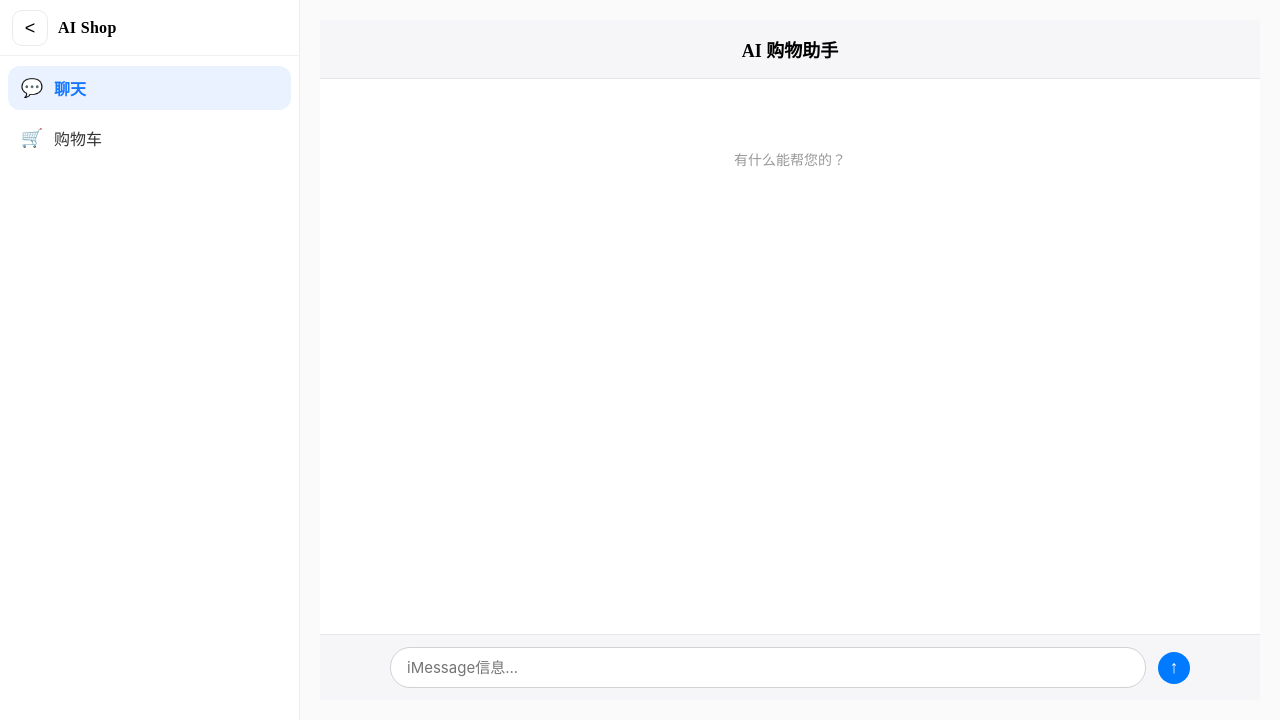
Repository: sjdndndks/ai-shop-webDemo
Page: / (app in ai-shop-assistant/)
The author's editor kept a copy of each file at every save. The page is drawn from the files as they stood at one save, then again after the next save.
The browser window is 1280 px wide. The pictures show the whole page.
The page's requests for data from a server got no answer. The project was rebuilt for these pictures with package versions that can differ from the ones it lists, and the page was loaded fresh each time. No one was signed in, and anything a server would have sent is missing. Also part of the build but not shown: ai-shop-assistant/vite.config.ts, ai-shop-assistant/src/store/cartStore.ts, ai-shop-assistant/src/components/ProductCard.tsx, ai-shop-assistant/src/pages/CartPage.module.css, ai-shop-assistant/src/pages/CartPage.tsx.

Above is the page before, as saved 2026-03-20 17:10:38.

### ai-shop-assistant/index.html
<!doctype html>
<html lang="en">
  <head>
    <meta charset="UTF-8" />
    <link rel="icon" type="image/svg+xml" href="/favicon.svg" />
    <meta name="viewport" content="width=device-width, initial-scale=1.0" />
    <title>ai-shop-assistant</title>
  </head>
  <body>
    <div id="root"></div>
    <script type="module" src="/src/main.tsx"></script>
  </body>
</html>

### ai-shop-assistant/src/App.tsx
import { BrowserRouter, Routes, Route } from "react-router-dom";
import Layout from "./layout/Layout";
import { ChatPage } from "./pages/ChatPage";
import { CartPage } from "./pages/CartPage";

function App() {
  return (
    <BrowserRouter>
      <Routes>
        <Route element={<Layout />}>
          <Route path="/" element={<ChatPage />} />
          <Route path="/cart" element={<CartPage />} />
        </Route>
      </Routes>
    </BrowserRouter>
  );
}

export default App;

### ai-shop-assistant/src/layout/Layout.tsx
import { Outlet } from "react-router-dom";
import styles from "./Layout.module.css";
import { useState } from "react";
import Sidebar from "../components/Sidebar";

export default function Layout() {
  const [collapsed, setCollapsed] = useState(false);
  return (
    <div className={styles.appShell}>
      <Sidebar
        collapsed={collapsed}
        onToggle={() => {
          setCollapsed((v) => !v);
        }}
      />
      <main className={styles.main}>
        <Outlet />
      </main>
    </div>
  );
}

### ai-shop-assistant/src/pages/ChatPage.tsx
import { useRef, useEffect } from "react";
import { ProductCard } from "../components/ProductCard";
import { useChat } from "../hooks/useChat";

export function ChatPage() {
  const { messages, input, setInput, status, errorMessage, sendMessage } =
    useChat();

  const messagesEndRef = useRef<HTMLDivElement>(null);
  const scrollToBottom = () => {
    messagesEndRef.current?.scrollIntoView({ behavior: "smooth" });
  };
  useEffect(() => {
    scrollToBottom();
  }, [messages, status]);

  return (
    <>
      {/* 最外层 霸占整个浏览器 */}
      <div
        style={{
          height: "100%",
          width: "100%",
          display: "flex",
          flexDirection: "column",
          margin: "0 auto",
          backgroundColor: "white",
        }}
      >
        {/* 顶部标题区 */}
        <div
          style={{
            padding: "16px",
            textAlign: "center",
            borderBottom: "1px solid #e5e5ea",
            fontWeight: "bold",
            fontSize: "18px",
            backgroundColor: "#f6f6f8",
          }}
        >
          AI 购物助手
        </div>
        {/* <ProductCarf product={fakeApple} /> */}

        {/* 聊天记录区 */}
        <div
          style={{
            flex: 1,
            overflowY: "auto",
            padding: "20px 0",
            backgroundColor: "#ffffff",
          }}
        >
          {/* 消息列表,内层约束容器 */}
          <div
            style={{
              maxWidth: "800px",
              margin: "0 auto",
              display: "flex",
              flexDirection: "column",
              gap: "16px",
              padding: "10px",
              flex: 1,
              overflowY: "auto",
            }}
          >
            {messages.map((meg) => (
              <div
                key={meg.id}
                style={{
                  display: "flex",
                  flexDirection: "column",
                  alignItems: meg.isUser ? "flex-end" : "flex-start",
                }}
              >
                {/* 气泡 */}
                <div
                  style={{
                    maxWidth: "75%",
                    padding: "10px 16px",
                    fontSize: "16px",
                    lineHeight: "1.4",
                    //苹果字体
                    fontFamily:
                      '-apple-system, BlinkMacSystemFont, "Segoe UI", Roboto, san-serif',
                    fontWeight: "400",
                    //苹果配色
                    backgroundColor: meg.isUser ? "#007aff" : "#e9e9eb",
                    color: meg.isUser ? "white" : "black",
                    // 气泡形状
                    borderRadius: meg.isUser
                      ? "18px 18px 4px 18px"
                      : "18px 18px 18px 4px",
                  }}
                >
                  {meg.text}
                </div>
                {/* 商品卡片 */}
                {meg.product && (
                  <div style={{ marginTop: "10px" }}>
                    <ProductCard product={meg.product} />
                  </div>
                )}
              </div>
            ))}

            {/* 状态提示 */}
            {status === "loading" && <div>正在思考...</div>}
            {status === "error" && (
              <div style={{ color: "red" }}>请求失败:{errorMessage}</div>
            )}
            {status === "idle" && messages.length === 0 && (
              <div
                style={{
                  fontSize: "14px",
                  textAlign: "center",
                  color: "#999",
                  marginTop: "40px",
                }}
              >
                有什么能帮您的？
              </div>
            )}

            {/* 隐形追踪器 */}
            <div ref={messagesEndRef} />
          </div>
        </div>

        {/* 底部输入区域 */}
        <div
          style={{
            display: "flex",
            gap: "12px",
            padding: "12px 16px",
            backgroundColor: "#f6f6f8",
            borderTop: "1px solid #e5e5ea",
            alignItems: "center",
            justifyContent: "center",
            flexShrink: 0,
          }}
        >
          {/* 底部长条框 */}
          <div
            style={{
              display: "flex",
              gap: "12px",
              alignItems: "center",
              width: "100%",
              maxWidth: "800px",
            }}
          >
            <input
              value={input}
              onChange={(e) => setInput(e.target.value)}
              placeholder="iMessage信息..."
              onKeyDown={(e) => {
                if (e.key === "Enter" && status != "loading") {
                  sendMessage();
                }
              }}
              style={{
                flex: 1,
                padding: "10px 16px",
                fontSize: "15px",
                borderRadius: "20px",
                border: "1px solid #d1d1d6",
                outline: "none",
                fontFamily: "-apple-system, BlinkMacSystemFont, sans-serif",
              }}
            />
            <button
              onClick={sendMessage}
              disabled={status === "loading"}
              style={{
                backgroundColor: status === "loading" ? "#A0CFFF" : "#007aff",
                color: "white",
                border: "none",
                borderRadius: "50%",
                width: "32px",
                height: "32px",
                display: "flex",
                justifyContent: "center",
                alignItems: "center",
                cursor: status === "loading" ? "not-allowed" : "pointer",
                fontWeight: "bold",
                fontSize: "18px",
                flexShrink: 0,
              }}
            >
              ↑
            </button>
          </div>
        </div>
      </div>
    </>
  );
}

### ai-shop-assistant/src/layout/Layout.module.css
/* Layout.module.css */

.appShell {
    display: flex;
    height: 100vh;
    overflow: hidden;
    background: #fafafa;
}

.main {
    padding: 20px;
    flex: 1;
    overflow: hidden;
    min-width: 0;
    height: 100vh;
    display: flex;
    flex-direction: column;
}

### ai-shop-assistant/src/components/Sidebar.tsx
import { NavLink } from "react-router-dom";
import styles from "./Sidebar.module.css";

type Props = {
  collapsed: boolean;
  onToggle: () => void;
};

export default function Sidebar({ collapsed, onToggle }: Props) {
  return (
    <aside className={`${styles.sidebar} ${collapsed ? styles.collapsed : ""}`}>
      <div className={styles.top}>
        <button
          className={styles.toggleBtn}
          onClick={onToggle}
          aria-label="切换侧边栏"
        >
          {collapsed ? "☰" : "<"}
        </button>

        {!collapsed && <div className={styles.brand}>AI Shop</div>}
      </div>

      <nav className={styles.nav}>
        <NavLink
          to="/"
          className={({ isActive }) =>
            isActive ? `${styles.link} ${styles.active}` : styles.link
          }
          title="聊天"
        >
          <span className={styles.icon}>💬</span>
          {!collapsed && <span className={styles.text}>聊天</span>}
        </NavLink>

        <NavLink
          to="/cart"
          className={({ isActive }) =>
            isActive ? `${styles.link} ${styles.active}` : styles.link
          }
          title="购物车"
        >
          <span className={styles.icon}>🛒</span>
          {!collapsed && <span className={styles.text}>购物车</span>}
        </NavLink>
      </nav>
    </aside>
  );
}

### ai-shop-assistant/src/hooks/useChat.ts
import { useChatStore } from "../store/chatStore"

//自定义hook必须以use开头
export function useChat (){
    return useChatStore()
}

### ai-shop-assistant/src/components/Sidebar.module.css
/* Sidebar.module.css */

.sidebar {
    width: 300px;
    height: 100vh;
    background: #ffffff;
    border-right: 1px solid #eee;
    display: flex;
    flex-direction: column;
    transition: width 0.2s ease;
    flex-shrink: 0;
    overflow-y: auto;
}

.collapsed {
    width: 64px;
}

.top {
    height: 56px;
    display: flex;
    align-items: center;
    gap: 10px;
    padding: 0 12px;
    border-bottom: 1px solid #f2f2f2;
}

.toggleBtn {
    width: 36px;
    height: 36px;
    border: 1px solid #eaeaea;
    background: #fff;
    border-radius: 10px;
    cursor: pointer;
    font-size: 18px;
    line-height: 1;
}

.brand {
    font-weight: 800;
    letter-spacing: 0.3px;
}

.nav {
    padding: 10px 8px;
    display: flex;
    flex-direction: column;
    gap: 6px;
}

.link {
    height: 44px;
    display: flex;
    align-items: center;
    gap: 10px;
    padding: 0 12px;
    border-radius: 12px;
    text-decoration: none;
    color: #333;
}

.link:hover {
    background: #f7f7f7;
}

.active {
    background: #eaf2ff;
    color: #1677ff;
    font-weight: 700;
}

.icon {
    width: 24px;
    display: inline-flex;
    justify-content: center;
    font-size: 18px;
}

.text {
    white-space: nowrap;
}

### ai-shop-assistant/src/store/chatStore.ts
import { create } from "zustand";
import { persist } from "zustand/middleware";
import type { Message, Product } from "../types";
import { useSettingsStore } from "./settingsStore";

const API_BASE_URL = import.meta.env.VITE_API_BASE_URL ?? "http://localhost:3000";

interface ProductReply {
  type: "product" | "product_list" | "products";
  data: Product | Product[];
  reply?: string;
}

function toApiMessages(messages: Message[]) {
  return messages.map((message) => ({
    role: message.isUser ? "user" : "assistant",
    content: message.rawText ?? message.text,
  }));
}

function isValidProduct(value: unknown): value is Product {
  if (!value || typeof value !== "object") {
    return false;
  }

  const product = value as Record<string, unknown>;
  return (
    typeof product.id === "string" &&
    typeof product.name === "string" &&
    typeof product.price === "number" &&
    Number.isFinite(product.price) &&
    typeof product.imageUrl === "string"
  );
}

function normalizeProducts(data: ProductReply["data"]) {
  if (Array.isArray(data)) {
    const products = data.filter(isValidProduct);
    return products.length > 0 ? products : undefined;
  }

  return isValidProduct(data) ? [data] : undefined;
}

function getJsonCandidates(text: string) {
  const trimmed = text.trim();
  const candidates = [trimmed];

  const fencedMatch = trimmed.match(/^```(?:json)?\s*([\s\S]*?)\s*```$/i);
  if (fencedMatch?.[1]) {
    candidates.push(fencedMatch[1].trim());
  }

  const firstBraceIndex = trimmed.indexOf("{");
  const lastBraceIndex = trimmed.lastIndexOf("}");
  if (
    firstBraceIndex !== -1 &&
    lastBraceIndex !== -1 &&
    lastBraceIndex > firstBraceIndex
  ) {
    candidates.push(trimmed.slice(firstBraceIndex, lastBraceIndex + 1).trim());
  }

  return [...new Set(candidates)];
}

function parseProductReply(text: string): {
  normalizedText: string;
  products?: Product[];
  reply?: string;
} {
  for (const candidate of getJsonCandidates(text)) {
    try {
      const parsed = JSON.parse(candidate) as ProductReply;
      if (
        parsed.type === "product" ||
        parsed.type === "product_list" ||
        parsed.type === "products"
      ) {
        const products = normalizeProducts(parsed.data);

        if (!products) {
          continue;
        }

        return {
          normalizedText: JSON.stringify({
            type: "product_list",
            reply: parsed.reply,
            data: products,
          }),
          products,
          reply: typeof parsed.reply === "string" ? parsed.reply.trim() : undefined,
        };
      }
    } catch {
      // 继续尝试下一个候选文本
    }
  }

  return { normalizedText: text.trim() };
}

function createAssistantMessage(aiReply: string): Message {
  const { normalizedText, products, reply } = parseProductReply(aiReply);
  const aiMessage: Message = {
    id: Date.now() + 1,
    text: normalizedText,
    rawText: normalizedText,
    isUser: false,
  };

  if (products && products.length > 0) {
    aiMessage.text = reply || `为您找到以下 ${products.length} 件商品`;
    aiMessage.products = products;
  }

  return aiMessage;
}

type ChatStatus = "idle" | "loading" | "error";

async function requestAssistantReply(
  messages: Message[],
  signal: AbortSignal,
) {
  const productCount = useSettingsStore.getState().productCount;
  let response: Response;

  try {
    response = await fetch(`${API_BASE_URL}/api/chat`, {
      method: "POST",
      headers: {
        "Content-Type": "application/json",
      },
      body: JSON.stringify({
        messages: toApiMessages(messages),
        productCount,
      }),
      signal,
    });
  } catch (error) {
    throw new Error(
      `无法连接到后端服务，请确认 ai-shop-server 已启动在 ${API_BASE_URL}`,
    );
  }

  const rawText = await response.text();
  let data: any = null;

  if (rawText.trim()) {
    try {
      data = JSON.parse(rawText);
    } catch {
      throw new Error(
        `后端返回了非 JSON 响应，请确认 ai-shop-server 已重启并监听 ${API_BASE_URL}`,
      );
    }
  }

  if (!response.ok) {
    throw new Error(
      `API Error ${response.status}: ${data?.error?.message || data?.error || "未知参数错误"}`,
    );
  }

  if (data?.error) {
    throw new Error(`API 内部报错啦：${data.error.message || data.error}`);
  }

  if (!data?.choices || data.choices.length === 0) {
    throw new Error("API 返回了奇怪数据，找不到 choices");
  }

  const aiReply = data.choices[0]?.message?.content;
  if (typeof aiReply !== "string" || !aiReply.trim()) {
    throw new Error("AI 没有返回可显示的内容");
  }

  return createAssistantMessage(aiReply);
}

interface ChatStore {
  messages: Message[];
  input: string;
  status: ChatStatus;
  errorMessage: string;
  retryMessageId: number | null;
  scrollTop: number;
  setInput: (value: string) => void;
  setScrollTop: (value: number) => void;
  sendMessage: () => Promise<void>;
  retryMessage: () => Promise<void>;
}

export const useChatStore = create<ChatStore>()(
  persist(
    (set, get) => ({
      messages: [],
      input: "",
      status: "idle",
      errorMessage: "",
      retryMessageId: null,
      scrollTop: 0,
      setInput: (value) => {
        set({ input: value });
      },
      setScrollTop: (value) => {
        set({ scrollTop: value });
      },
      sendMessage: async () => {
        const { input, messages } = get();
        const trimmedInput = input.trim();

        set({
          errorMessage: "",
          retryMessageId: null,
        });

        if (!trimmedInput) {
          return;
        }

        const newMessage: Message = {
          id: Date.now(),
          text: trimmedInput,
          isUser: true,
        };

        const nextMessages = [...messages, newMessage];
        set({
          messages: nextMessages,
          input: "",
        });

        const controller = new AbortController();
        const timeoutId = setTimeout(() => {
          controller.abort();
        }, 30000);

        try {
          set({ status: "loading" });
          const aiMessage = await requestAssistantReply(
            nextMessages,
            controller.signal,
          );

          set((state) => ({
            messages: [...state.messages, aiMessage],
            status: "idle",
            errorMessage: "",
            retryMessageId: null,
          }));
        } catch (err) {
          if (err instanceof Error) {
            if (err.name === "AbortError") {
              set({
                status: "error",
                errorMessage: "请求超时",
                retryMessageId: newMessage.id,
              });
            } else {
              set({
                status: "error",
                errorMessage: err.message,
                retryMessageId: newMessage.id,
              });
            }
          } else {
            set({
              status: "error",
              errorMessage: "未知错误",
              retryMessageId: newMessage.id,
            });
          }
        } finally {
          clearTimeout(timeoutId);
        }
      },
      retryMessage: async () => {
        const { messages, retryMessageId } = get();

        if (retryMessageId === null) {
          return;
        }

        const retryIndex = messages.findIndex(
          (message) => message.id === retryMessageId,
        );
        const retryTarget = retryIndex >= 0 ? messages[retryIndex] : null;

        if (!retryTarget || !retryTarget.isUser) {
          return;
        }

        const retryMessages = messages.slice(0, retryIndex + 1);
        const controller = new AbortController();
        const timeoutId = setTimeout(() => {
          controller.abort();
        }, 30000);

        try {
          set({
            status: "loading",
            errorMessage: "",
          });

          const aiMessage = await requestAssistantReply(
            retryMessages,
            controller.signal,
          );

          set((state) => {
            const currentRetryIndex = state.messages.findIndex(
              (message) => message.id === retryMessageId,
            );

            if (currentRetryIndex === -1) {
              return {
                status: "idle",
                errorMessage: "",
                retryMessageId: null,
              };
            }

            const preservedMessages = state.messages.slice(
              0,
              currentRetryIndex + 1,
            );

            return {
              messages: [...preservedMessages, aiMessage],
              status: "idle",
              errorMessage: "",
              retryMessageId: null,
            };
          });
        } catch (err) {
          if (err instanceof Error) {
            if (err.name === "AbortError") {
              set({
                status: "error",
                errorMessage: "请求超时",
              });
            } else {
              set({
                status: "error",
                errorMessage: err.message,
              });
            }
          } else {
            set({
              status: "error",
              errorMessage: "未知错误",
            });
          }
        } finally {
          clearTimeout(timeoutId);
        }
      },
    }),
    {
      name: "ai-shop-chat",
      partialize: (state) => ({
        messages: state.messages,
        input: state.input,
      }),
    },
  ),
);

### ai-shop-assistant/src/store/settingsStore.ts
import { create } from "zustand";
import { persist } from "zustand/middleware";

export const MIN_RECOMMENDATION_COUNT = 1;
export const MAX_RECOMMENDATION_COUNT = 6;

function clampProductCount(value: number) {
  return Math.min(
    MAX_RECOMMENDATION_COUNT,
    Math.max(MIN_RECOMMENDATION_COUNT, Math.floor(value)),
  );
}

interface SettingsStore {
  productCount: number;
  setProductCount: (value: number) => void;
}

export const useSettingsStore = create<SettingsStore>()(
  persist(
    (set) => ({
      productCount: 3,
      setProductCount: (value) => {
        set({ productCount: clampProductCount(value) });
      },
    }),
    {
      name: "ai-shop-settings",
    },
  ),
);

Loaded but not shown: ai-shop-assistant/src/main.tsx (common file); ai-shop-assistant/src/index.css (common file)

After the next save:
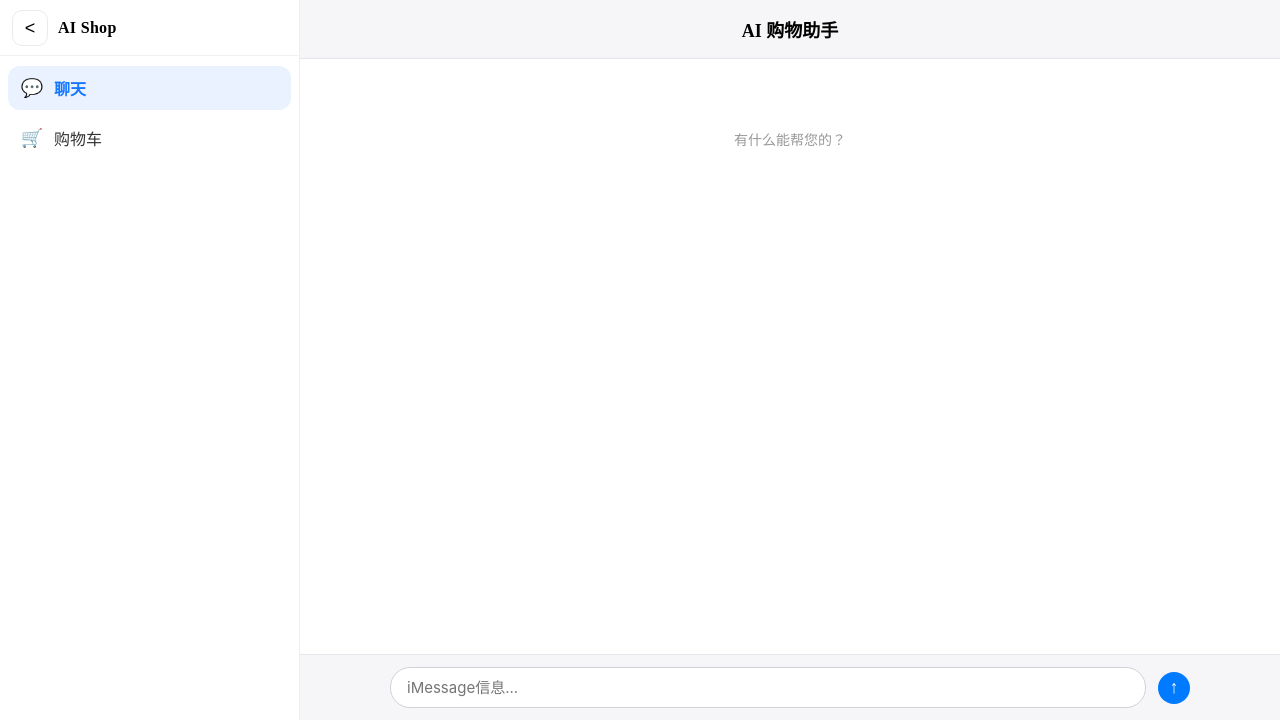
Saved 16 h 16 min later.
--- a/ai-shop-assistant/src/layout/Layout.module.css
+++ b/ai-shop-assistant/src/layout/Layout.module.css
@@ -8,7 +8,7 @@
 }
 
 .main {
-    padding: 20px;
+    padding: 0;
     flex: 1;
     overflow: hidden;
     min-width: 0;
